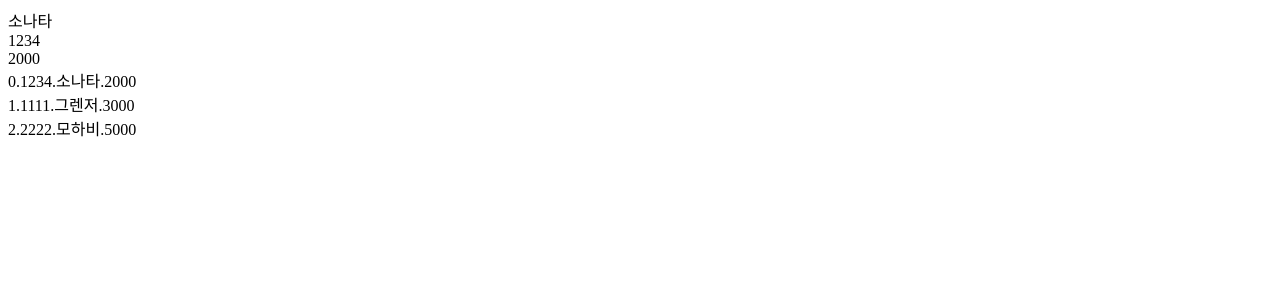
Repository: hwimi/2024-04-12
Page: http://localhost/jstl_study/step-8.jsp
An editor plug-in stored every save of this project. The page is shown before and after the next save, followed by the edit.
The browser window is 1280 px wide. The pictures show the whole page.
The page is served by Tomcat 9.

Above is the page before, as saved 2024-04-11 06:12:45.

### jstl_study/src/main/webapp/step-8.jsp
<%@page import="java.util.ArrayList"%>
<%@page import="jstl_study.carVO"%>
<%@ taglib uri="http://java.sun.com/jsp/jstl/core" prefix="c"%>
<%@ page language="java" contentType="text/html; charset=UTF-8"
    pageEncoding="UTF-8"%>
<!DOCTYPE html>
<html>
<head>
<meta charset="UTF-8">
<title>Insert title here</title>
</head>
<body>
	<%

	carVO car=new carVO("1234","소나타",2000);
	request.setAttribute("car", car);

	%>
	<!-- car객체 출력 -->
	${requestScope.car.name }<br>
	${car.num }<br>
	${car.price }<br>

	<%
	ArrayList<carVO>list=new ArrayList<>();
	list.add(car);
	list.add(new carVO("1111","그렌저",3000));
	list.add(new carVO("2222","모하비",5000));
	request.setAttribute("list", list);

	%>

	<c:forEach items="${list}" var="car" varStatus="i">
	${i.index }.${car.num}.${car.name }.${car.price }<br>
	</c:forEach>
</body>
</html>

### jstl_study/src/main/java/jstl_study/carVO.java
package jstl_study;

public class carVO {
	private String num;
	private String name;
	private int price;

	public carVO(){}
	public carVO(String num,String name,int price){
		this.num=num;
		this.name=name;
		this.price=price;
	}
	public String getNum() {
		return num;
	}
	public void setNum(String num) {
		this.num = num;
	}
	public String getName() {
		return name;
	}
	public void setName(String name) {
		this.name = name;
	}
	public int getPrice() {
		return price;
	}
	public void setPrice(int price) {
		this.price = price;
	}

}

After the next save:
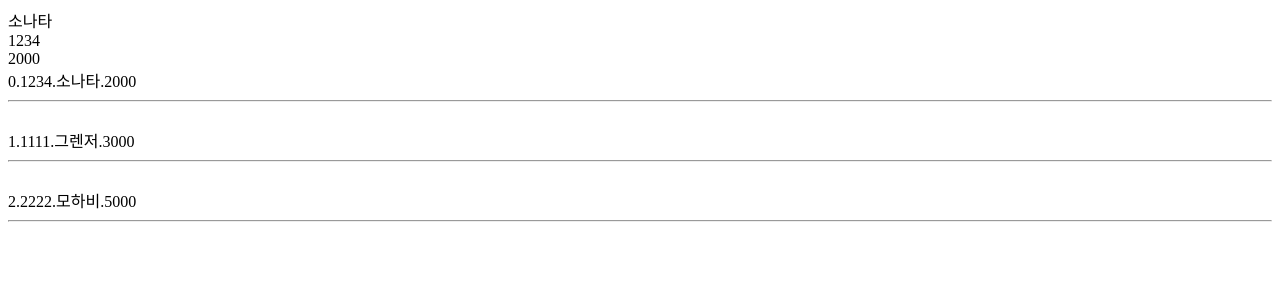
Saved 21 s later.
--- a/jstl_study/src/main/webapp/step-8.jsp
+++ b/jstl_study/src/main/webapp/step-8.jsp
@@ -31,7 +31,7 @@
 	%>
 
 	<c:forEach items="${list}" var="car" varStatus="i">
-	${i.index }.${car.num}.${car.name }.${car.price }<br>
+	${i.index }.${car.num}.${car.name }.${car.price }<hr><br>
 	</c:forEach>
 </body>
 </html>
